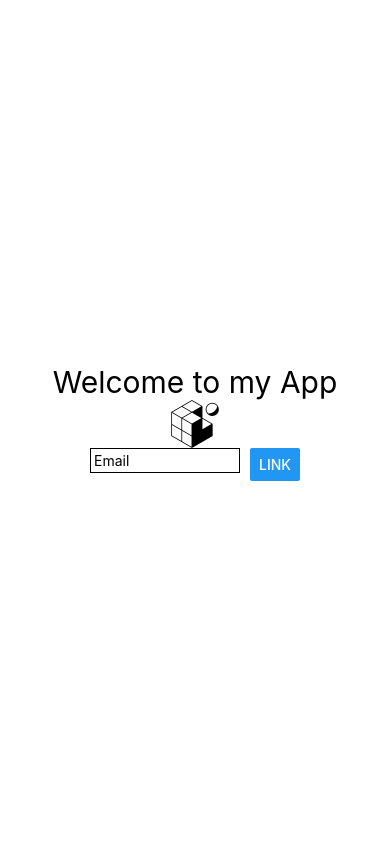
Repository: ntu34543/ReactNativeAndroid
Screen: /
The author's editor kept a copy of each file at every save. The screen is drawn from the files as they stood at one save, then again after a run of saves.
The app was drawn by React Native's web renderer in a window 390 px wide. The project was rebuilt for these pictures with package versions that can differ from the ones it lists, and the page was loaded fresh each time.

Above is the screen before, as saved 2022-09-23 16:52:34.

### App.js
import { StatusBar } from "expo-status-bar";
import { StyleSheet, Text, View, Button, Image, TextInput, FlatList } from "react-native";

export default function App() {
  return (
    <View style={styles.container}>
      <Text style={styles.text}>Welcome to my App</Text>
      <Image source={require("./assets/favicon.png")} />
      <View style={styles.body}>
        <View>
          <TextInput style={styles.TextInput} placeholder="Email" />
        </View>
        <View style={styles.btn}>
          <Button title="Link" />
        </View>
      </View>
      <StatusBar style="auto" />
    </View>
  );
}

const styles = StyleSheet.create({
  container: {
    flex: 1,
    backgroundColor: "#fff",
    alignItems: "center",
    justifyContent: "center",
  },
  body: {
    display: "flex",
    flexDirection: "row",
  },
  TextInput: {
    padding: 3,
    borderWidth: 1,
    borderColor: "black",
    width: 150,
  },
  btn: {
    width: 50,
    marginLeft: 10,
  },
  text: {
    fontSize: 30,
  }
});

After the next 5 saves:
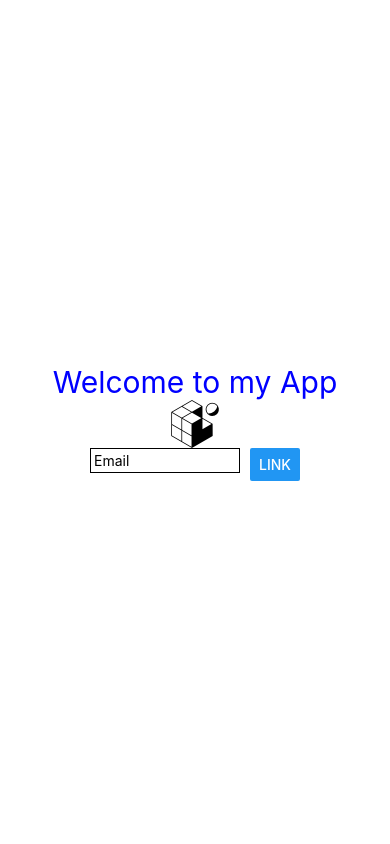
The 5 saves are shown as one change because 1 did not build or start and some came seconds apart.
The last was saved 13 s later.
--- a/App.js
+++ b/App.js
@@ -42,5 +42,6 @@ const styles = StyleSheet.create({
   },
   text: {
     fontSize: 30,
+    color: 'blue',
   }
 });
